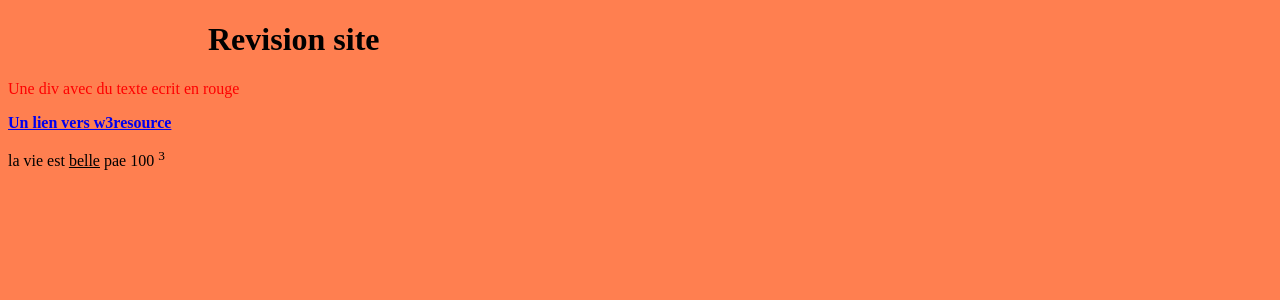
Repository: Elie-Dey/boot-start
Page: index.html
These files come from the project's save history. The page is drawn as it stood at one moment and after the next save; the edit follows.
The browser window is 1280 px wide. The pictures show the whole page.

Above is the page before, as saved 2021-08-18 23:15:54.

After the next save:
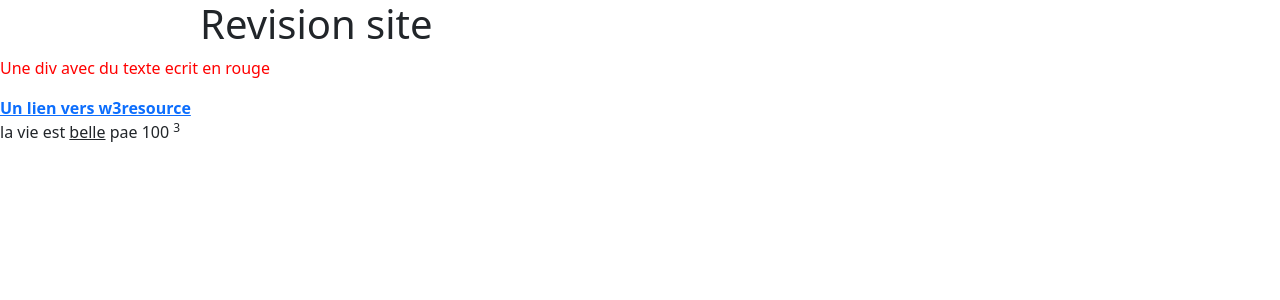
Saved 4 min 34 s later.
--- a/index.html
+++ b/index.html
@@ -5,6 +5,7 @@
     <meta http-equiv="X-UA-Compatible" content="IE=edge">
     <meta name="viewport" content="width=device-width, initial-scale=1.0">
     <link rel="stylesheet" href="style.css">
+    <link href="https://cdn.jsdelivr.net/npm/bootstrap@5.1.0/dist/css/bootstrap.min.css" rel="stylesheet" integrity="sha384-KyZXEAg3QhqLMpG8r+8fhAXLRk2vvoC2f3B09zVXn8CA5QIVfZOJ3BCsw2P0p/We" crossorigin="anonymous">
     <title>Revision html</title>
 </head>
 <body>
